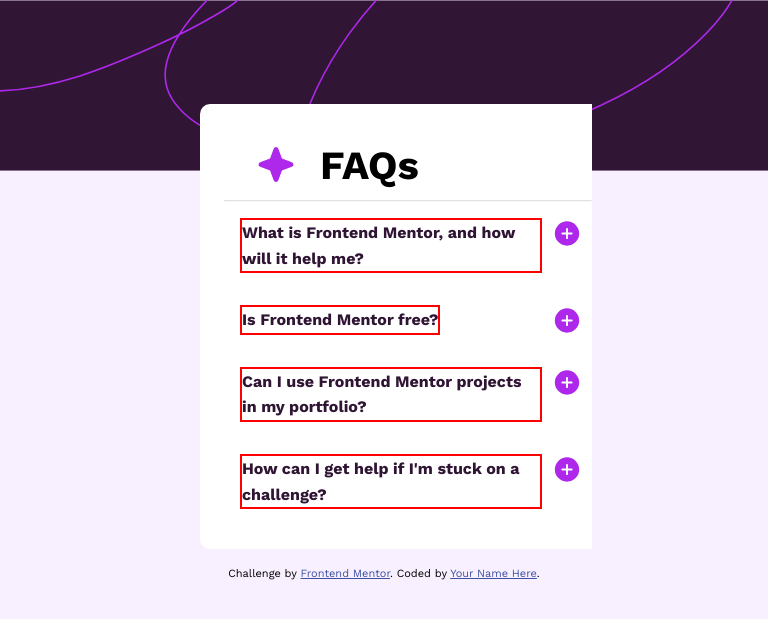
Repository: imokha01/accordion-main
Page: index.html
These files come from the project's save history. The page is drawn as it stood at one moment and after the next save; the edit follows.
The browser window is 768 px wide. The pictures show the whole page.

Above is the page before, as saved 2023-12-26 11:00:49.

### index.html
<!DOCTYPE html>
<html lang="en">
  <head>
    <meta charset="UTF-8" />
    <meta name="viewport" content="width=device-width, initial-scale=1.0" />
    <!-- displays site properly based on user's device -->
    <link rel="stylesheet" href="./index.css">
    <link
      rel="stylesheet"
      href="https://cdnjs.cloudflare.com/ajax/libs/font-awesome/6.5.1/css/all.min.css"
      integrity="sha512-DTOQO9RWCH3ppGqcWaEA1BIZOC6xxalwEsw9c2QQeAIftl+Vegovlnee1c9QX4TctnWMn13TZye+giMm8e2LwA=="
      crossorigin="anonymous"
      referrerpolicy="no-referrer"
    />
    <link
      rel="icon"
      type="image/png"
      sizes="32x32"
      href="./assets/images/favicon-32x32.png"
    />
    <link rel="preconnect" href="https://fonts.googleapis.com" />
    <link rel="preconnect" href="https://fonts.gstatic.com" crossorigin />
    <link
      href="https://fonts.googleapis.com/css2?family=Work+Sans:wght@400;600;700&display=swap"
      rel="stylesheet"
    />
    <title>Frontend Mentor | FAQ accordion</title>
    <!-- Feel free to remove these styles or customise in your own stylesheet 👍 -->
    <style>
      .attribution {
        font-size: 11px;
        text-align: center;
        margin-top: 1rem;
      }
      .attribution a {
        color: hsl(228, 45%, 44%);
      }
    </style>
  </head>
  <body>
    <div class="container">
      <div class="wrapper">
        <!-- first div content -->
        <main>
          <div id="header">
            <img src="./assets/images/icon-star.svg" alt="star-icon">
            <p id="headerpara">FAQs</p>
          </div>
          <hr>
          <div class="Div" id="div1">
            <div class="title">
              <p class="question">What is Frontend Mentor, and how will it help me?</p>
            </div>
            <div class="para">
              <p id="para1">
                Frontend Mentor offers realistic coding challenges to help developers
                improve their frontend coding skills with projects in HTML, CSS, and
                JavaScript. It's suitable for all levels and ideal for portfolio
                building.
              </p>
            </div>
          </div>
          <!-- second div content -->
          <div class="Div" id="div2">
            <div class="title">
              <p class="question">Is Frontend Mentor free?</p>
            </div>
            <div class="para">
              <p id="para2">
                Yes, Frontend Mentor offers both free and premium coding challenges,
                with the free option providing access to a range of projects suitable
                for all skill levels.
              </p>
            </div>
          </div>
          <!-- third div content -->
          <div class="Div" id="div3">
            <div class="title">
              <p class="question">Can I use Frontend Mentor projects in my portfolio?</p>
            </div>
            <div class="para">
              <p id="para3">
                Yes, you can use projects completed on Frontend Mentor in your
                portfolio. It's an excellent way to showcase your skills to potential
                employers!
              </p>
            </div>
          </div>
          <!-- fourth div content -->
          <div class="Div" id="div4">
            <div class="title">
              <p class="question">How can I get help if I'm stuck on a challenge?</p>
            </div>
            <div class="para">
              <p id="para4">
                The best place to get help is inside Frontend Mentor's Discord
                community. There's a help channel where you can ask questions and seek
                support from other community members.
              </p>
            </div>
          </div>
        </main>
        <!-- footer div -->
        <div class="attribution">
          Challenge by
          <a href="https://www.frontendmentor.io?ref=challenge" target="_blank"
            >Frontend Mentor</a
          >. Coded by <a href="#">Your Name Here</a>.
        </div>
      </div>
    </div>
    <script src="./index.js"></script>
  </body>
</html>

### index.css
:root {
    --White: hsl(0, 0%, 100%);
    --lightPink: hsl(275, 100%, 97%);
    --grayishPurple: hsl(292, 16%, 49%);
    --darkPurple:  hsl(292, 42%, 14%);
    --workSans: 'Work Sans', sans-serif;
}

* {
    margin: 0;
    padding:0;
    box-sizing: border-box;
}

body {
    font-size: 16px;
    font-family: var(--workSans);
    background-color: var(--lightPink);
    position: relative;
    line-height: 1.6;
}

.container  {
    background-image: url("./assets/images/background-pattern-desktop.svg");
    background-repeat: no-repeat;
    background-size: contain;
    display: flex;
    flex-direction: column;
    justify-content: center;
    align-items: center;
    overflow: hidden;
}

hr {
    background-color: var(--lightPink);
    margin-top: .7rem;
    opacity: 0.3;
}

.wrapper {
    width: 35rem;
    padding: 1.5rem;
    left: 30rem;
    border-radius: 10px;
    transition: height 0.5s ease-in 1ms;
    overflow: hidden;
}

main  {
    background-color: #fff;
    border-radius: 10px;
    padding: inherit;
    width: inherit;
    overflow: hidden;
    margin-top: 5rem;
    transition: height 0.5s ease-in 1ms;
    overflow: hidden;
}

#headerpara {
    font-size: 2.5rem;
    font-weight: 700;
    margin : -.6rem 1.5rem;

}

#header > img{
    padding-left: 2rem;
}

div#header {
    display: flex;
    flex-direction: row;
    justify-content: flex-start;
    align-items: flex-start;
    width: 10rem;
    margin-top: 1rem;
}

.Div {
    display: flex;
    flex-direction: column;
    justify-content: flex-start ;
    padding: 1rem;
    height: fit-content;
    transition: height 0.5s ease-in;

}

.title {
    display: flex;;
    justify-content: space-between;
}

.Div div  img {
    cursor: pointer;
}

.title p {
    font-weight: 700;
    color: var(--darkPurple);
    cursor: pointer;
    min-width: 350px;
}

.para {
    color: var(--grayishPurple);
    margin-top: 1.2rem;
    transition: height 0.5s ease-in 1s;
    overflow: hidden;
    display: none;
}

.title{
    position: relative;
    width: 90%;

}
.title::after{
    content:  url(./assets/images/icon-plus.svg);
    position: absolute;
    right: -40px;
}

.active::after{
    content: url(./assets/images/icon-minus.svg);
    right: -40px;

}

.active, .question:hover {
    content: "";
}

@media (max-width: 768px){
    .wrapper {
        width: 26rem;
    }

    .title  p{
        border: 2px solid red;
        min-width: 10rem;
    }
}

### index.js
// const answer = document.getElementsByClassName("para");
const question = document.getElementsByClassName("title");

for (let i = 0; i < question.length; i++ ) {
    question[i].addEventListener("click", function(){
        this.classList.toggle("active");
        let active = this.addEventListener.nextElementSibling;
        let para = this.nextElementSibling;
        if(para.style.display === "block"){
            para.style.display = "none";
        } else {
            para.style.display = "block";
        }
    });
}





// var acc = document.getElementsByClassName("accordion");
// var i;

// for (i = 0; i < acc.length; i++) {
//   acc[i].addEventListener("click", function() {
//     /* Toggle between adding and removing the "active" class,
//     to highlight the button that controls the panel */
//     this.classList.toggle("active");

//     /* Toggle between hiding and showing the active panel */
//     var panel = this.nextElementSibling;
//     if (panel.style.display === "block") {
//       panel.style.display = "none";
//     } else {
//       panel.style.display = "block";
//     }
//   });
// }

After the next save:
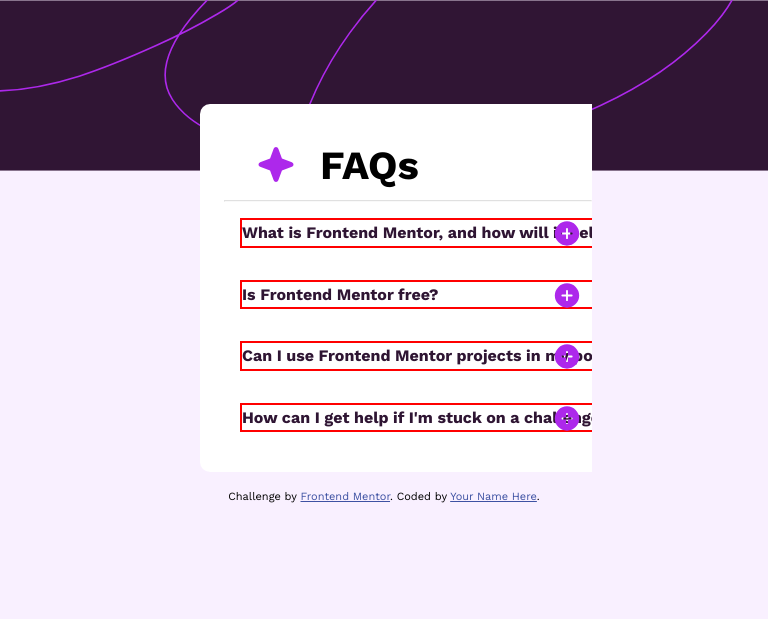
Saved 6 s later.
--- a/index.css
+++ b/index.css
@@ -139,6 +139,6 @@
 
     .title  p{
         border: 2px solid red;
-        min-width: 10rem;
+        min-width: 30rem;
     }
 }

After the 2 saves that followed:
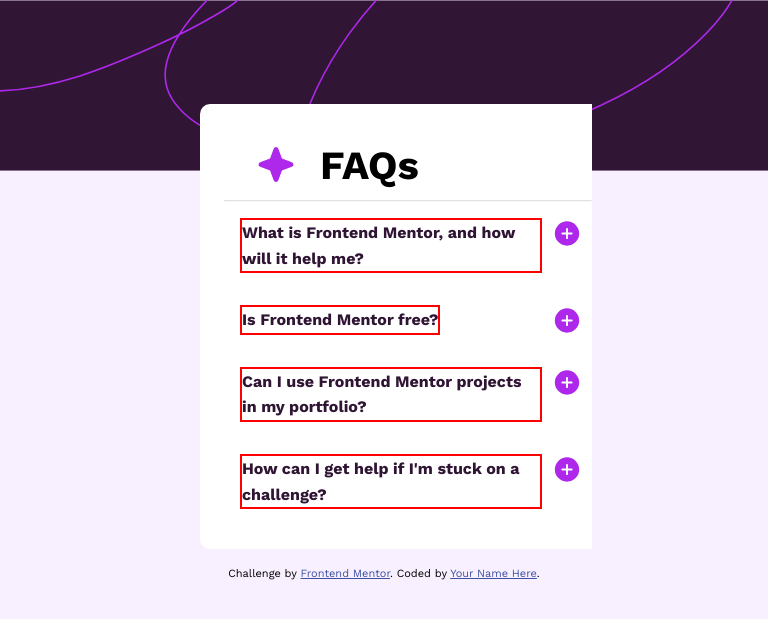
The 2 saves are shown as one change because they came seconds apart.
The last was saved 7 s later.
--- a/index.css
+++ b/index.css
@@ -139,6 +139,6 @@
 
     .title  p{
         border: 2px solid red;
-        min-width: 30rem;
+        min-width: 5rem;
     }
 }
